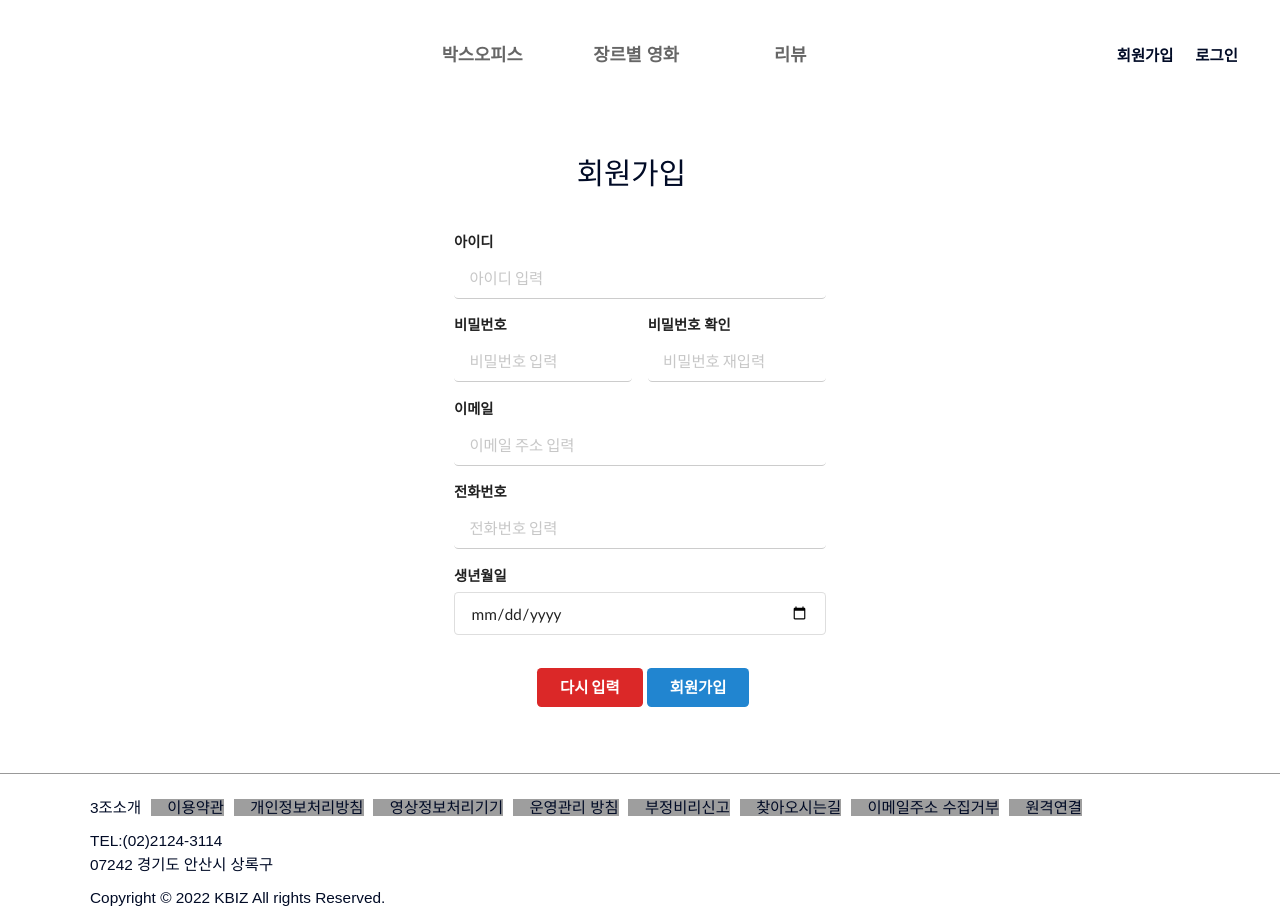
Repository: Minjeong204/project_Movie
Page: http://localhost/Movie/view/register.jsp
These files come from the project's save history. The page is drawn as it stood at one moment and after the next save; the edit follows.
The browser window is 1280 px wide. The pictures show the whole page.
Pictures or frames that could not be fetched are drawn as grey boxes. Some web libraries are served in a nearby version. The page is served by Tomcat 9. Nobody is signed in. The application's start-up code is not run. Other server files are loaded and not shown. The template is opened directly, without the code that normally fills it, so the values that code supplies are empty.

Above is the page before, as saved 2022-12-28 18:39:15.

### JSP-Project/Movie/WebContent/view/register.jsp
<%@ page language="java" contentType="text/html; charset=UTF-8"
	pageEncoding="UTF-8"%>
<link rel="stylesheet" href="/lib/style.css">
<%@ include file="../header.jsp"%>

<%
if (request.getAttribute("error") != null) {
	out.print("<script>swal('오류', '" + request.getAttribute("error") + "', 'error');</script>");
}

if (request.getAttribute("regID") != null) {
	out.print("<script>swal('회원가입 환영', '" + request.getAttribute("regID")
	+ "님의 가입을 환영합니다.', 'success').then((val) => {location.href = '/';});</script>");
}
%>

<div class="ui container">
	<h2 class="join_title">회원가입</h2>
	<form class="ui form" id="reg_box"  action="/registerController.do" method="POST">

		<div class="field">
			<label>아이디</label> <input type="text" name="userId" id="userId"
				placeholder="아이디 입력">
		</div>

		<div class="two fields">
			<div class="field">
				<label>비밀번호</label> <input type="password" name="userPW" id="userPW"
					placeholder="비밀번호 입력">
			</div>

			<div class="field">
				<label>비밀번호 확인</label> <input type="password" name="userRePW"
					id="userRePW" placeholder="비밀번호 재입력">
			</div>
		</div>

		<div class="field">
			<label>이메일</label> <input type="email" name="userEmail"
				id="userEmail" placeholder="이메일 주소 입력">
		</div>

		<div class="field">
			<label>전화번호</label> <input type="text" name="userPhone"
				id="userPhone" placeholder="전화번호 입력">
		</div>

		<div class="field">
			<label>생년월일</label> <input type="date" name="userBirth"
				id="userBirth">
		</div>

		<div class="field" id="reg_btn"
			style="display: flex; justify-content: flex-end; margin-top: 30px;">
			<button type="reset" class="ui red button right">다시 입력</button>
			<button type="button" class="joinbtn ui primary button right"
				id="registerBtn">회원가입</button>
			<input type="submit" id="registerSubmit" style="display: none;">
		</div>
	</form>
</div>
</div>

<script>
	registerBtn.addEventListener("click", () => {
		if(userId.value.trim() == "") {
			userId.parentElement.classList.add("error");
		}else {
			userId.parentElement.classList.remove("error");
		}

		if(userEmail.value.trim() == "") {
			userEmail.parentElement.classList.add("error");
		}else {
			userEmail.parentElement.classList.remove("error");
		}

		if(userPhone.value.trim() == "") {
			userPhone.parentElement.classList.add("error");
		}else {
			userPhone.parentElement.classList.remove("error");
		}

		if(userBirth.value.trim() == "") {
			userBirth.parentElement.classList.add("error");
		}else {
			userBirth.parentElement.classList.remove("error");
		}

		if(userPW.value.trim() == "") {
			userPW.parentElement.classList.add("error");
		}else {
			userPW.parentElement.classList.remove("error");
		}

		if(userRePW.value.trim() == "") {
			userRePW.parentElement.classList.add("error");
		}else {
			userRePW.parentElement.classList.remove("error");
		}

		if(userId.value.trim() == "" || userPW.value.trim() == "" || userRePW.value.trim() == "" || userEmail.value.trim() == "" || userPhone.value.trim() == "" || userBirth.value.trim() == "") {
			swal("오류", "누락된 항목이 있습니다.", "error");
			return;
		}

		if(userPW.value.trim() !== userRePW.value.trim()) {
			userPW.parentElement.classList.add("error");
			userRePW.parentElement.classList.add("error");
			swal("오류", "비밀번호가 서로 다릅니다.", "error");

			return;
		}else {
			userPW.parentElement.classList.remove("error");
			userRePW.parentElement.classList.remove("error");
			registerSubmit.click();
		}
	});
</script>

<%@ include file="../footer.jsp"%>

### JSP-Project/Movie/WebContent/header.jsp
<%@ page import="vo.MemberVO"%>
<%@ page language="java" contentType="text/html; charset=UTF-8"
	pageEncoding="UTF-8"%>
<%@ taglib prefix="c" uri="http://java.sun.com/jsp/jstl/core"%>
<%@ taglib prefix="fmt" uri="http://java.sun.com/jsp/jstl/fmt"%>

<!DOCTYPE html>
<html>
	<head>
	<meta charset="UTF-8">
	<title>영화 예매</title>
	<link rel="stylesheet" href="/lib/style.css?after">
	<link rel="stylesheet" type="text/css" href="/lib/semantic.min.css">

	<script src="https://code.jquery.com/jquery-3.1.1.min.js"
		integrity="sha256-hVVnYaiADRTO2PzUGmuLJr8BLUSjGIZsDYGmIJLv2b8="
		crossorigin="anonymous"></script>
	<!-- <script src="/lib/semantic.min.js"></script> -->
	<script src="https://unpkg.com/sweetalert/dist/sweetalert.min.js"></script>
	</head>
<%
	MemberVO user = (MemberVO) session.getAttribute("user");
	int userStatus = 0;

	if (user != null) {
		if (user.getId() != null) {
			userStatus = 1;
		}
	}
%>


	<body>
		<div class="ui container">
			<header>
				<nav id="main_navi">
					<ul id="menu">
						<li data-n="1"><a href="/">박스오피스</a></li>
						<!-- 이용안내-->
						<li data-n="2"><a class="click_movie" href="#">장르별 영화</a>
							<ul class="sub">
								<li><a class="genre1" href="/movieList.do?cat_no=1">액션</a></li>
								<li><a class="genre2" href="/movieList.do?cat_no=2">로맨스</a></li>
								<li><a class="genre3" href="/movieList.do?cat_no=3">코미디</a></li>
								<li><a class="genre4" href="/movieList.do?cat_no=4">스릴러</a></li>
								<li><a class="genre5" href="/movieList.do?cat_no=5">애니메이션</a></li>
							</ul></li>
						<!-- 전시-->
						<li data-n="3"><a href="/review.do">리뷰</a> <!-- 프로그램--> <!-- 나만의 페이지-->
					</ul>
					<!--menu-->
				</nav>

				<%
				if (userStatus == 1) {
					if (user.getId().equals("admin")) {
				%>

				<div class="right item">
					<p style="margin: 0 15px;"><%=user.getId()%>님
					</p>
					<div class="ui primary button"
						onclick="location.href = '/view/register.jsp';">영화 추가</div>
				</div>

				<div class="item">
					<div class="ui button"
						onclick="location.href = '/view/myTickets.jsp';">전체 예메목록</div>
				</div>

				<div class="item">
					<div class="ui button"
						onclick="swal('Success', '로그아웃 성공', 'success').then((val) => {location.href = '/view/logout.jsp';});">로그아웃</div>
				</div>
				<%
				} else {
				%>

				<div class="right item">
					<p class="user_id"><%=user.getId()%>님</p>


				<div class="item">
					<div class="logout ui button"
						onclick="swal('Success', '로그아웃 성공', 'success').then((val) => {location.href = '/view/logout.jsp';});">로그아웃</div>
				</div>

				<%
				}
				} else {
				%>
				<ul class="quick">
					<li onclick="location.href = '/view/register.jsp';">회원가입</li>
					<li onclick="location.href = '/view/login.jsp';">로그인</li>
				</ul>
				<%
				}
				%>
		</div>
		</header>
		</div>
		<script type="text/javascript">
		$(document).ready(function () {
			  //태그 추가
			  $("#main_navi").before("<div class='bg'></div>");
			  $(".bg,.sub").hide();
			  $("#menu")
			    .mouseenter(function() {
			      $(".bg").stop().slideDown("fast");
			      $(".sub").stop().show();
			    })
			    .mouseleave(function() {
			      $(".bg").stop().slideUp("fast");
			      $(".sub").stop().hide();
			    });
			  $(".bg")
			    .mouseover(function() {
			      $(this).stop().show();
			      $(".sub").stop().show();
			    })
			    .mouseout(function() {
			      $(this).stop().slideUp();
			      $(".sub").stop().slideUp();
			    });

			  $(".click_movie").click(function() {
				  $(".bg").stop().slideDown("fast");
			      $(".sub").stop().show();
			  }).dblclick(function() {
				  $(".bg").stop().slideUp("fast");
			      $(".sub").stop().hide();
			  });
			});
		</script>
	</body>
</html>

### JSP-Project/Movie/WebContent/footer.jsp
<%@ page language="java" contentType="text/html; charset=UTF-8"
    pageEncoding="UTF-8"%>
<link rel="stylesheet" href="/lib/style.css">
<div id="bottom_wrap">
    <footer id="bottom">
      <ul>
        <li><a href="#">3조소개</a></li>
        <li><a href="#">이용약관</a></li>
        <li><a href="#">개인정보처리방침</a></li>
        <li><a href="#">영상정보처리기기</a></li>
        <li><a href="#">운영관리 방침</a></li>
        <li><a href="#">부정비리신고</a></li>
        <li><a href="#">찾아오시는길</a></li>
        <li><a href="#">이메일주소 수집거부</a></li>
        <li><a href="#">원격연결</a></li>
      </ul>
      <address class="add">
        TEL:(02)2124-3114<br />
        <span class="add_sub">07242 경기도 안산시 상록구</span>
      </address>
      <p>Copyright &copy; 2022 KBIZ All rights Reserved.</p>
    </footer>
  </div>
</body>
</html>

Loaded but not shown: JSP-Project/Movie/WebContent/lib/style.css (library); JSP-Project/Movie/WebContent/lib/semantic.min.css (library)

After the next save:
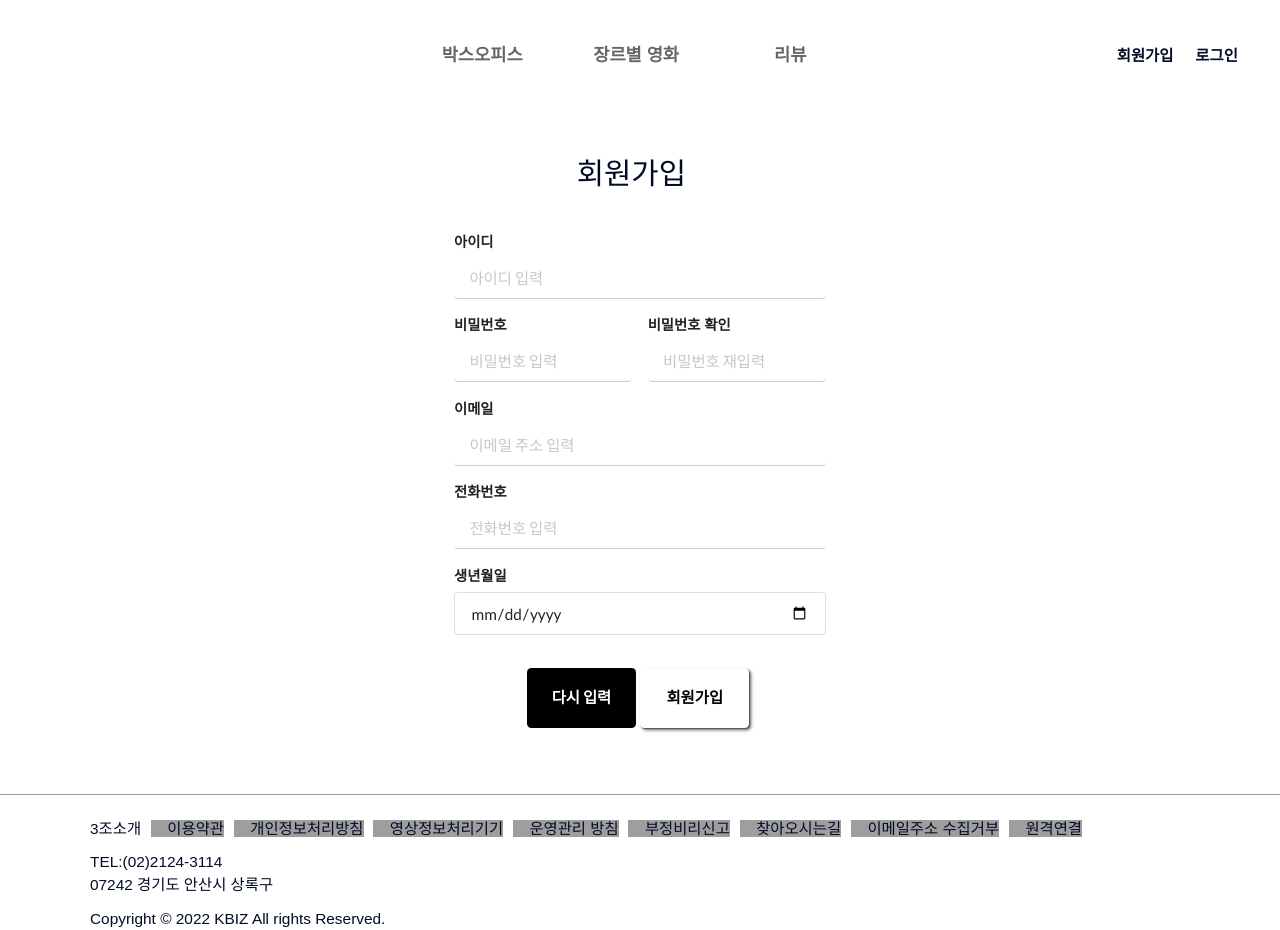
Saved 21 s later.
--- a/JSP-Project/Movie/WebContent/view/register.jsp
+++ b/JSP-Project/Movie/WebContent/view/register.jsp
@@ -52,8 +52,8 @@ if (request.getAttribute("regID") != null) {
 
 		<div class="field" id="reg_btn"
 			style="display: flex; justify-content: flex-end; margin-top: 30px;">
-			<button type="reset" class="ui red button right">다시 입력</button>
-			<button type="button" class="joinbtn ui primary button right"
+			<button type="reset" class="joinbtn1 ui red button right">다시 입력</button>
+			<button type="button" class="joinbtn2 ui primary button right"
 				id="registerBtn">회원가입</button>
 			<input type="submit" id="registerSubmit" style="display: none;">
 		</div>
